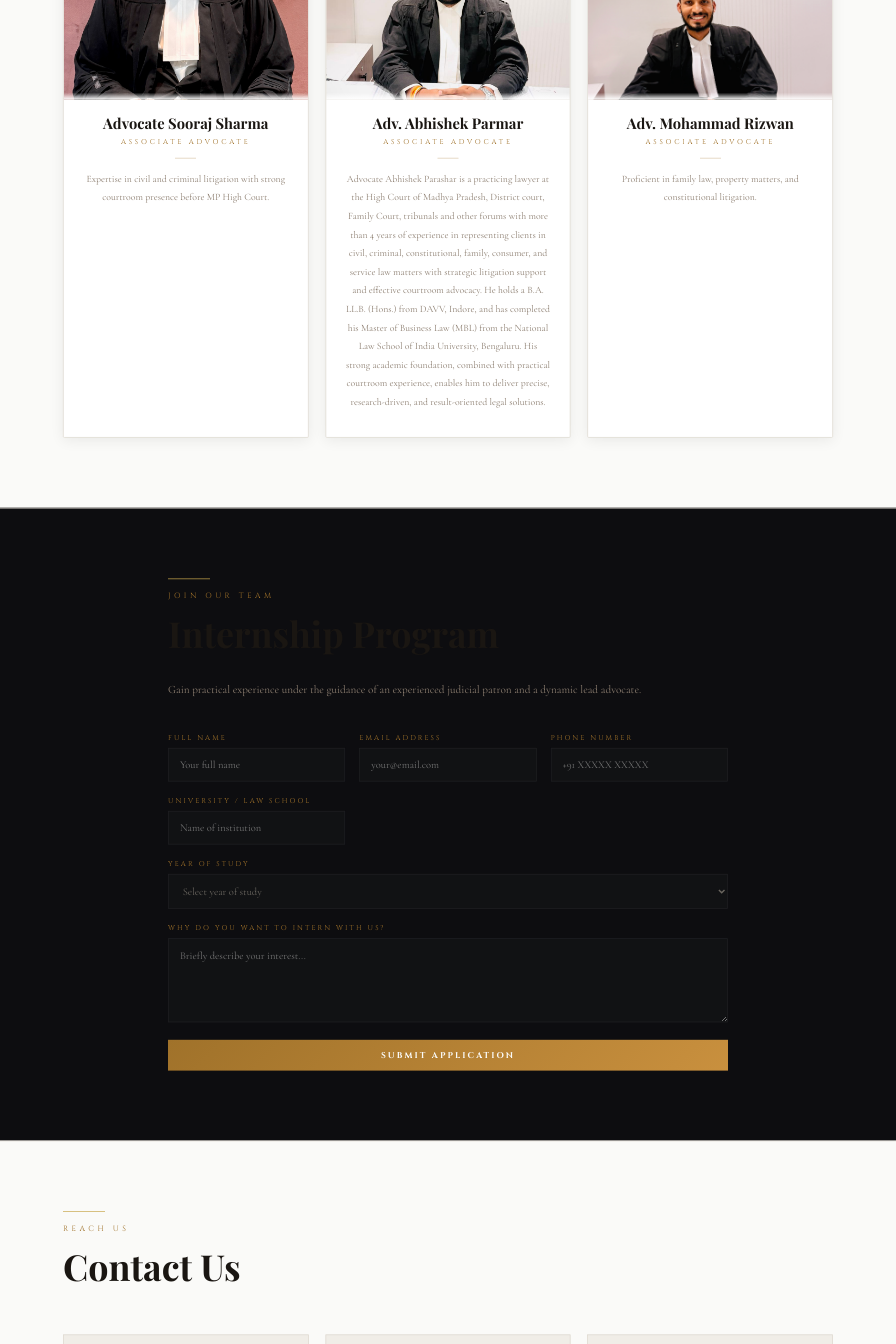
Repository: leesha19/aditya-verma-and-associates
Page: /
These files come from the project's save history. The page is drawn as it stood at one moment and after the next save; the edit follows.
The browser window is 1280 px wide. The pictures show the part of the page from y = 4048 to 5968 px (the page is 6999 px tall before and 7106 px after), at 70% of full size.
The project was rebuilt for these pictures with package versions that can differ from the ones it lists, and the page was loaded fresh each time. Also part of the build but not shown: src/components/ui/Avatar.js.

Above is the page before, as saved 2026-04-20 00:30:35.

### public/index.html
<!DOCTYPE html>
<html lang="en">
  <head>
    <meta charset="utf-8" />
    <meta name="viewport" content="width=device-width, initial-scale=1" />
    <meta name="theme-color" content="#0A0A0B" />
    <meta name="description" content="Verma Law Associates - Dedicated legal counsel in Indore, Madhya Pradesh" />
    <title>Verma Law Associates</title>
  </head>
  <body>
    <noscript>You need to enable JavaScript to run this app.</noscript>
    <div id="root"></div>
  </body>
</html>

### src/App.js
import './styles/global.css';
import Navbar from './components/layout/Navbar';
import Footer from './components/layout/Footer';
import HomePage from './pages/HomePage';

export default function App() {
  return (
    <div>
      <Navbar />
      <HomePage />
      <Footer />
    </div>
  );
}

### src/styles/global.css
@import url('https://fonts.googleapis.com/css2?family=Playfair+Display:wght@400;600;700;900&family=Cormorant+Garamond:wght@300;400;500;600&family=Cinzel:wght@400;600;700&display=swap');

*, *::before, *::after { box-sizing: border-box; margin: 0; padding: 0; }

html { scroll-behavior: smooth; }

body {
  background: #0A0A0B;
  color: #D4CFC6;
  font-family: 'Cormorant Garamond', serif;
  overflow-x: hidden;
}

::-webkit-scrollbar { width: 4px; }
::-webkit-scrollbar-track { background: #0A0A0B; }
::-webkit-scrollbar-thumb { background: #C9A84C; border-radius: 2px; }

input, textarea, select {
  outline: none;
  font-family: 'Cormorant Garamond', serif;
  transition: border-color 0.3s;
}
input:focus, textarea:focus, select:focus { border-color: #C9A84C !important; }

.nav-link { position: relative; }
.nav-link::after {
  content: '';
  position: absolute;
  bottom: -4px; left: 0;
  width: 0; height: 1px;
  background: #C9A84C;
  transition: width 0.3s;
}
.nav-link:hover::after { width: 100%; }

.gold-line::before {
  content: '';
  display: block;
  width: 60px; height: 1px;
  background: #C9A84C;
  margin-bottom: 16px;
}

@keyframes fadeInDown {
  from { opacity: 0; transform: translateY(-20px); }
  to   { opacity: 1; transform: translateY(0); }
}

@media (max-width: 768px) {
  .desktop-nav { display: none !important; }
  #hamburger   { display: flex !important; }
}

### src/components/layout/Footer.js
import { COLORS, FONTS } from "../../constants/theme";
import { NAV_LINKS } from "../../constants/data";
import { scrollToSection } from "../../utils/helpers";
import ScaleIcon from "../ui/ScaleIcon";

export default function Footer() {
  return (
    <footer style={{ padding: "40px clamp(16px, 5vw, 80px)", borderTop: `1px solid ${COLORS.darkBorder}`, background: "#060607" }}>
      <div style={{ maxWidth: 1100, margin: "0 auto", display: "flex", flexWrap: "wrap", gap: 20, alignItems: "center", justifyContent: "space-between" }}>
        <div style={{ display: "flex", alignItems: "center", gap: 12, cursor: "pointer" }} onClick={() => scrollToSection("hero")}>
          <ScaleIcon size={24} />
          <div>
            <div style={{ fontFamily: FONTS.heading, fontSize: 13, color: COLORS.gold, letterSpacing: 3 }}>VERMA LAW ASSOCIATES</div>
            <div style={{ fontFamily: FONTS.heading, fontSize: 9, color: COLORS.textMuted, letterSpacing: 2 }}>INDORE, MADHYA PRADESH</div>
          </div>
        </div>
        <div style={{ color: COLORS.textMuted, fontSize: 12, fontFamily: FONTS.heading, letterSpacing: 1, textAlign: "center" }}>
          © {new Date().getFullYear()} Verma Law Associates. All rights reserved.<br />
          <span style={{ fontSize: 10 }}>302, Block B, Indavar House, Tukoganj, Indore – 452001</span>
        </div>
        <div style={{ display: "flex", gap: 20, flexWrap: "wrap" }}>
          {NAV_LINKS.map(({ label, id }) => (
            <button key={id} onClick={() => scrollToSection(id)}
              style={{ background: "none", border: "none", color: COLORS.textMuted, fontSize: 10, fontFamily: FONTS.heading, letterSpacing: 2, cursor: "pointer", transition: "color 0.3s" }}
              onMouseEnter={(e) => (e.target.style.color = COLORS.gold)}
              onMouseLeave={(e) => (e.target.style.color = COLORS.textMuted)}
            >{label.toUpperCase()}</button>
          ))}
        </div>
      </div>
    </footer>
  );
}

### src/pages/HomePage.js
import HeroSection from "../sections/HeroSection";
import AboutSection from "../sections/AboutSection";
import AdityaSection from "../sections/AdityaSection";
import CoreTeamSection from "../sections/CoreTeamSection";
import InternshipSection from "../sections/InternshipSection";
import ContactSection from "../sections/ContactSection";

export default function HomePage() {
  return (
    <main>
      <HeroSection />
      <AboutSection />
      <AdityaSection />
      <CoreTeamSection />
      <InternshipSection />
      <ContactSection />
    </main>
  );
}

### src/constants/theme.js
export const COLORS = {
  gold: "#A0722A",
  goldLight: "#C9903E",
  dark: "#FAFAF8",
  darkCard: "#F0EDE7",
  darkBorder: "#DDD8CF",
  cream: "#1A1612",
  text: "#3D3630",
  textMuted: "#8C7E70",
};

export const FONTS = {
  display: "'Playfair Display', serif",
  heading: "'Cinzel', serif",
  body: "'Cormorant Garamond', serif",
};

### src/constants/data.js
export const NAV_LINKS = [
  { label: "About", id: "about" },
  { label: "Core Team", id: "core-team" },
    { label: "Area of Expertixse", id: "area of expertise" },
  { label: "Internship", id: "internship" },
  { label: "Contact", id: "contact" },
];

export const PATRON = {
  name: "Justice Rajendra Kumar Verma",
  initials: "RKV",
  role: "Patron",
  tags: ["Former Judge", "High Court of MP", "Arbitrator"],
  phone: "+91 94254 15062",
  photo: require("../assets/WhatsApp Image 2026-04-12 at 19.45.02.jpeg"),
  quote: "Law is not merely a profession—it is the foundation upon which civilized society stands.",
  bio: [
    "Our Patron and mentor Justice Rajendra Kumar (Verma) is a Former Judge of High Court of Madhya Pradesh, India and has rendered various Land Mark Judgments giving a required direction to law to suit the present Socio-economic order. He is having long experience of Judgeship for almost four decades i.e. from 1987 to 2023 and acts as an Arbitrator in various complex business matters. Presently he is serving as Chairman, Grievance Redressal Authority, Narmada Valley Development Authority (NVDA). He has extensive experience both in the field of Business Law, Property Law and also in Criminal Law. He has unique ability to solve the disputes by Mediation. He is also wonderful orator and frequently invited for speeches."
  ],
};

export const LEAD_ADVOCATE = {
  name: "Aditya Verma",
  initials: "AV",
  role: "Principal Advocate",
  tags: ["BA LLB", "LLM – NLU Patiala"],
  experience: "7+",
  university: "National Law University, Patiala, Punjab",
  email: "VermaAditya@gmail.com",
  phone: "+91 91764 91000",
  photo: require("../assets/aditya_verma.jpg"),
  bio: [
   "Our Founder and Managing Partner, Aditya Verma (Advocate), is a renowned name in the legal fraternity of the Madhya Pradesh. After being graduated National Law University, Punjab (NLU), he started his legal career under mentorship of Supreme Court Judges, and High Court Judges, Law Firms and designated Senior Advocates, wherein he developed his strong foundations to sub-serve qualitative legal services to his clients.",

  "He comes from strong legal background as he belongs to the family of Judges and Lawyers.His father, Justice Rajendra Kumar (Verma) has served as Distinguished Judge of Madhya Pradesh High Court. He is a member of State Bar Council of Madhya Pradesh. He started this law firm with a greater vision to provide cost effective, transparent, qualitative and efficient time bound legal services to various legal entities. He, along with his fellow associates, in almost a decade of our inception, was successfully able to provide legal services in the field of Criminal, Civil, Writ, Service Commercial, Matrimonial alongside Arbitration and Corporate matters in pan India.",
  "Being an alumnus of National Law University Punjab (NLU) and Masters in Criminal and Constitutional Law. Aditya Verma also holds expertise in various other areas of law ranging from Constitutional Law, Civil, Criminal, Insolvency and Bankruptcy, Banking, Insurance, Employment and Labour Law, Commercial Recovery Matters, Electricity Law, IPR, Energy, Technology and Privacy etc. He thrives on resolving challenging and complex legal issues with his well-researched, succinct and timely advice to his clients aiding them in averting certain prolonged legal battles."
,
"In addition to this he is Panel Counsel for Government of Madhya Pradesh, Indore Development authority (IDA), M.P. State Civil Supplies Corporation, Devi Ahiliya Vishwavidyalaya Indore (DAVV), Ujjain Development authority (UDA).",

],
};

export const CORE_TEAM = [
  {
    name: "Advocate Sooraj Sharma",
    initials: "SS",
    role: "Associate Advocate",
      photo: require("../assets/sooraj_sharma.jpg"),
    desc: "Expertise in civil and criminal litigation with strong courtroom presence before MP High Court.",
  },
  {
    name: "Adv. Abhishek Parmar",
    initials: "AP",
    role: "Associate Advocate",
      photo: require("../assets/abhishek_prashar.jpeg"),
    desc: "Advocate Abhishek Parashar is a practicing lawyer at the High Court of Madhya Pradesh, District court, Family Court, tribunals and other forums with more than 4 years of experience in representing clients in civil, criminal, constitutional, family, consumer, and service law matters with strategic litigation support and effective courtroom advocacy. He holds a B.A. LL.B. (Hons.) from DAVV, Indore, and has completed his Master of Business Law (MBL) from the National Law School of India University, Bengaluru. His strong academic foundation, combined with practical courtroom experience, enables him to deliver precise, research-driven, and result-oriented legal solutions.",
  },
  {
    name: "Adv. Mohammad Rizwan",
    initials: "MR",
    role: "Associate Advocate",
      photo: require("../assets/mohmmad_rizwan.jpg"),
    desc: "Proficient in family law, property matters, and constitutional litigation.",
  },
];

export const CONTACT = {
  address: {
    line1: "302, Block B, Indavar House",
    line2: "Opposite Gate No. 4, MP High Court",
    line3: "Tukoganj, Indore South",
    line4: "Indore, Madhya Pradesh – 452001",
  },
  mapEmbedUrl:
    "https://www.google.com/maps/embed?pb=!1m18!1m12!1m3!1d3679.7!2d75.8573!3d22.7196!2m3!1f0!2f0!3f0!3m2!1i1024!2i768!4f13.1!3m3!1m2!1s0x3962fd0d07f2b5c3%3A0x4e36e42d6d5f3d2c!2sMP%20High%20Court%2C%20Indore!5e0!3m2!1sen!2sin",
  mapLink: "https://maps.google.com/?q=MP+High+Court+Gate+4+Indore",
};

export const INTERNSHIP_YEAR_OPTIONS = [
  "1st Year", "2nd Year", "3rd Year", "4th Year", "5th Year", "LLM",
];

### src/hooks/useScrolled.js
import { useEffect, useState } from "react";

export function useScrolled(offset = 60) {
  const [scrolled, setScrolled] = useState(false);
  useEffect(() => {
    const fn = () => setScrolled(window.scrollY > offset);
    window.addEventListener("scroll", fn, { passive: true });
    return () => window.removeEventListener("scroll", fn);
  }, [offset]);
  return scrolled;
}

### src/utils/helpers.js
export function scrollToSection(id) {
  const el = document.getElementById(id);
  if (el) el.scrollIntoView({ behavior: "smooth" });
}

export function fadeUpStyle(inView, delay = 0) {
  return {
    opacity: inView ? 1 : 0,
    transform: inView ? "translateY(0)" : "translateY(40px)",
    transition: `opacity 0.8s ease ${delay}s, transform 0.8s ease ${delay}s`,
  };
}

### src/components/ui/ScaleIcon.js
import { COLORS } from "../../constants/theme";

export default function ScaleIcon({ size = 40 }) {
  return (
    <svg width={size} height={size} viewBox="0 0 40 40" fill="none" aria-label="Scales of Justice">
      <line x1="20" y1="4"  x2="20" y2="36" stroke={COLORS.gold} strokeWidth="1.5" />
      <line x1="4"  y1="10" x2="36" y2="10" stroke={COLORS.gold} strokeWidth="1.5" />
      <circle cx="9"  cy="18" r="5" stroke={COLORS.gold} strokeWidth="1.2" fill="none" />
      <circle cx="31" cy="18" r="5" stroke={COLORS.gold} strokeWidth="1.2" fill="none" />
      <line x1="4"  y1="10" x2="9"  y2="18" stroke={COLORS.gold} strokeWidth="1.2" />
      <line x1="36" y1="10" x2="31" y2="18" stroke={COLORS.gold} strokeWidth="1.2" />
      <line x1="14" y1="36" x2="26" y2="36" stroke={COLORS.gold} strokeWidth="1.5" />
    </svg>
  );
}

### src/sections/AboutSection.js
import { COLORS } from "../constants/theme";
import { useInView } from "../hooks/useInView";
import { fadeUpStyle } from "../utils/helpers";
import { PATRON } from "../constants/data";
import SectionHeader from "../components/ui/SectionHeader";
import ProfileCard from "../components/ui/ProfileCard";

export default function AboutSection() {
  const [ref, inView] = useInView();
  return (
    <section id="about" style={{ padding: "100px clamp(16px, 5vw, 80px)", borderTop: `1px solid ${COLORS.darkBorder}`, background: `linear-gradient(180deg, ${COLORS.dark}, #0D0D10)` }}>
      <div ref={ref} style={{ maxWidth: 1100, margin: "0 auto" }}>
        <div style={fadeUpStyle(inView)}><SectionHeader label="ABOUT US" heading="Our Distinguished Patron" /></div>
        <div style={fadeUpStyle(inView, 0.2)}><ProfileCard person={PATRON} flip={false} /></div>
      </div>
    </section>
  );
}

### src/sections/AdityaSection.js
import { useInView } from "../hooks/useInView";
import { fadeUpStyle } from "../utils/helpers";
import { LEAD_ADVOCATE } from "../constants/data";
import SectionHeader from "../components/ui/SectionHeader";
import ProfileCard from "../components/ui/ProfileCard";

export default function AdityaSection() {
  const [ref, inView] = useInView();
  return (
    <section id="aditya" style={{ padding: "100px clamp(16px, 5vw, 80px)", background: "#0D0D10" }}>
      <div ref={ref} style={{ maxWidth: 1100, margin: "0 auto" }}>
        <div style={fadeUpStyle(inView)}><SectionHeader label="LEAD COUNSEL" heading="Principal Advocate" /></div>
        <div style={fadeUpStyle(inView, 0.2)}><ProfileCard person={LEAD_ADVOCATE} flip /></div>
      </div>
    </section>
  );
}

### src/sections/CoreTeamSection.js
import { COLORS } from "../constants/theme";
import { useInView } from "../hooks/useInView";
import { fadeUpStyle } from "../utils/helpers";
import { CORE_TEAM } from "../constants/data";
import SectionHeader from "../components/ui/SectionHeader";
import CoreTeamCard from "../components/ui/CoreTeamCard";

export default function CoreTeamSection() {
  const [ref, inView] = useInView();
  return (
    <section id="core-team" style={{ padding: "100px clamp(16px, 5vw, 80px)", background: COLORS.dark, borderTop: `1px solid ${COLORS.darkBorder}` }}>
      <div ref={ref} style={{ maxWidth: 1100, margin: "0 auto" }}>
        <div style={fadeUpStyle(inView)}><SectionHeader label="LEGAL PROFESSIONALS" heading="Core Team" /></div>
        <div style={{ display: "grid", gridTemplateColumns: "repeat(auto-fit, minmax(280px, 1fr))", gap: 24 }}>
          {CORE_TEAM.map((member, i) => (
            <CoreTeamCard key={member.name} member={member} style={fadeUpStyle(inView, i * 0.15)} />
          ))}
        </div>
      </div>
    </section>
  );
}

### src/hooks/useInView.js
import { useEffect, useRef, useState } from "react";

export function useInView(threshold = 0.15) {
  const ref = useRef(null);
  const [inView, setInView] = useState(false);

  useEffect(() => {
    const observer = new IntersectionObserver(
      ([entry]) => { if (entry.isIntersecting) { setInView(true); observer.disconnect(); } },
      { threshold }
    );
    if (ref.current) observer.observe(ref.current);
    return () => observer.disconnect();
  }, [threshold]);

  return [ref, inView];
}

### src/components/ui/GoldButton.js
import { COLORS, FONTS } from "../../constants/theme";

export default function GoldButton({ onClick, children, variant = "solid", type = "button" }) {
  const solid = variant === "solid";

  const style = {
    padding: "14px 40px",
    fontFamily: FONTS.heading,
    fontSize: 12, letterSpacing: 3, fontWeight: 700,
    cursor: "pointer",
    border: solid ? "none" : `1px solid ${COLORS.gold}`,
    background: solid ? `linear-gradient(135deg, ${COLORS.gold}, ${COLORS.goldLight})` : "transparent",
    color: solid ? COLORS.dark : COLORS.gold,
    transition: "transform 0.2s, box-shadow 0.2s, background 0.3s",
  };

  return (
    <button type={type} onClick={onClick} style={style}
      onMouseEnter={(e) => {
        e.currentTarget.style.transform = "translateY(-2px)";
        if (solid) e.currentTarget.style.boxShadow = `0 8px 30px ${COLORS.gold}40`;
        else e.currentTarget.style.background = `${COLORS.gold}15`;
      }}
      onMouseLeave={(e) => {
        e.currentTarget.style.transform = "none";
        e.currentTarget.style.boxShadow = "none";
        if (!solid) e.currentTarget.style.background = "transparent";
      }}
    >
      {children}
    </button>
  );
}

### src/components/ui/SectionHeader.js
import { COLORS, FONTS } from "../../constants/theme";

export default function SectionHeader({ label, heading, style = {} }) {
  return (
    <div className="gold-line" style={{ marginBottom: 64, ...style }}>
      <div style={{ fontFamily: FONTS.heading, fontSize: 11, letterSpacing: 5, color: COLORS.gold, marginBottom: 12 }}>
        {label}
      </div>
      <h2 style={{ fontFamily: FONTS.display, fontSize: "clamp(28px, 4vw, 52px)", color: COLORS.cream, fontWeight: 700 }}>
        {heading}
      </h2>
    </div>
  );
}

### src/hooks/useForm.js
import { useState } from "react";

export function useForm(initialValues, onSubmit) {
  const [values, setValues] = useState(initialValues);
  const [submitted, setSubmitted] = useState(false);
  const [loading, setLoading] = useState(false);

  const handleChange = (e) => {
    const { name, value } = e.target;
    setValues((prev) => ({ ...prev, [name]: value }));
  };

  const handleSubmit = async (e) => {
    e.preventDefault();
    setLoading(true);
    await onSubmit(values);
    setLoading(false);
    setSubmitted(true);
  };

  const reset = () => { setValues(initialValues); setSubmitted(false); };

  return { values, handleChange, handleSubmit, submitted, loading, reset };
}

### src/components/ui/ContactCard.js
import { COLORS, FONTS } from "../../constants/theme";

export default function ContactCard({ icon, title, lines, style = {} }) {
  return (
    <div style={{
      background: COLORS.darkCard, border: `1px solid ${COLORS.darkBorder}`,
      padding: "36px 32px", transition: "border-color 0.3s", ...style,
    }}
      onMouseEnter={(e) => (e.currentTarget.style.borderColor = `${COLORS.gold}40`)}
      onMouseLeave={(e) => (e.currentTarget.style.borderColor = COLORS.darkBorder)}
    >
      <div style={{ fontFamily: FONTS.display, fontSize: 28, marginBottom: 16 }}>{icon}</div>
      <h4 style={{ fontFamily: FONTS.heading, fontSize: 12, letterSpacing: 2, color: COLORS.gold, marginBottom: 16 }}>{title.toUpperCase()}</h4>
      {lines.map((line, i) => (
        <p key={i} style={{ color: i === 0 ? COLORS.cream : COLORS.textMuted, fontSize: 14, lineHeight: 1.8, fontWeight: i === 0 ? 500 : 300 }}>
          {line}
        </p>
      ))}
    </div>
  );
}

### src/components/ui/Tag.js
import { COLORS, FONTS } from "../../constants/theme";

export default function Tag({ label }) {
  return (
    <span style={{
      padding: "4px 14px",
      border: `1px solid ${COLORS.gold}50`,
      color: COLORS.gold,
      fontSize: 11,
      fontFamily: FONTS.heading,
      letterSpacing: 1,
    }}>
      {label}
    </span>
  );
}

Loaded but not shown: src/index.js (common file); src/components/ui/ProfileCard.js (95 lines, source omitted); src/sections/InternshipSection.js (70 lines, source omitted); src/components/ui/CoreTeamCard.js (124 lines, source omitted); src/components/layout/Navbar.js (65 lines, source omitted); src/sections/HeroSection.js (39 lines, source omitted); src/sections/ContactSection.js (49 lines, source omitted)

After the next save:
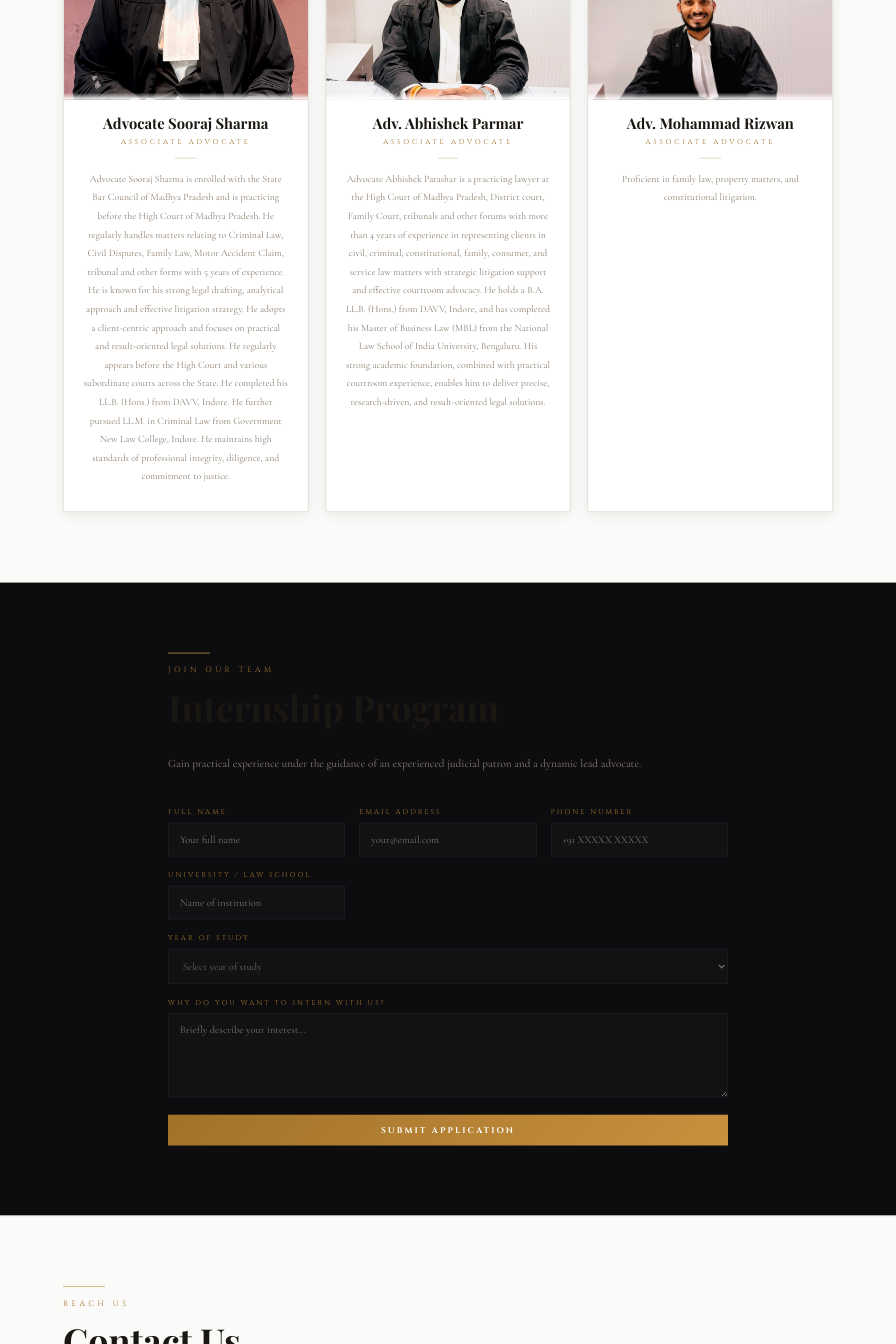
Saved 39 s later.
--- a/src/constants/data.js
+++ b/src/constants/data.js
@@ -46,7 +46,7 @@ export const CORE_TEAM = [
     initials: "SS",
     role: "Associate Advocate",
       photo: require("../assets/sooraj_sharma.jpg"),
-    desc: "Expertise in civil and criminal litigation with strong courtroom presence before MP High Court.",
+    desc: "Advocate Sooraj Sharma is enrolled with the State Bar Council of Madhya Pradesh and is practicing before the High Court of Madhya Pradesh. He regularly handles matters relating to Criminal Law, Civil Disputes, Family Law, Motor Accident Claim, tribunal and other forms with 5 years of experience. He is known for his strong legal drafting, analytical approach and effective litigation strategy. He adopts a client-centric approach and focuses on practical and result-oriented legal solutions. He regularly appears before the High Court and various subordinate courts across the State. He completed his LL.B. (Hons.) from DAVV, Indore. He further pursued LL.M. in Criminal Law from Government New Law College, Indore. He maintains high standards of professional integrity, diligence, and commitment to justice.",
   },
   {
     name: "Adv. Abhishek Parmar",
